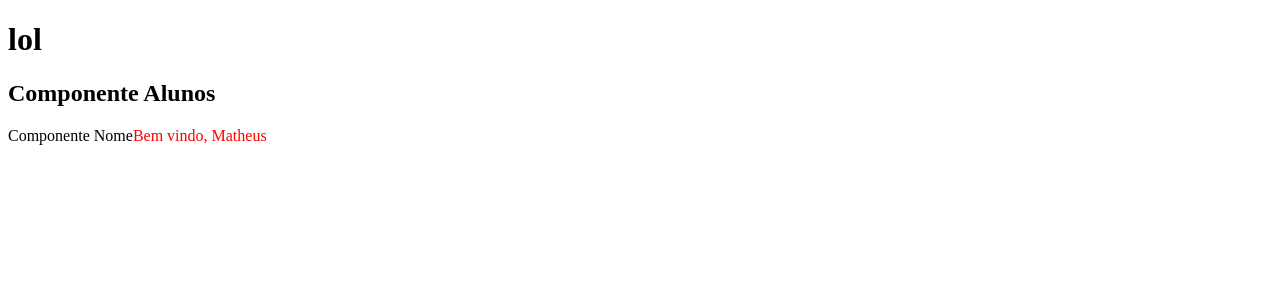
Repository: joaoaspimienta/estudos-de-context-api
Page: /
The author's editor kept a copy of each file at every save. The page is drawn from the files as they stood at one save, then again after the next save.
The browser window is 1280 px wide. The pictures show the whole page.
The project was rebuilt for these pictures with package versions that can differ from the ones it lists, and the page was loaded fresh each time.

Above is the page before, as saved 2022-06-16 20:34:21.

### src/App.js
import Alunos from "./components/Alunos";
import Nome from "./components/Nome";

function App() {
  return (
    <div>
      <h1>lol</h1>
      <Alunos />
      <Nome />
    </div>
  );
}

export default App;

### src/components/Alunos/index.js
function Alunos() {
  return (
    <div>
      <h2>Componente Alunos</h2>
    </div>
  );
}

export default Alunos;

### src/components/Nome/index.js
function Nome() {
  return (
    <div>
      <span>Componente Nome</span>
      <span style={{ color: "#FF0000" }}>Bem vindo, Matheus</span>
    </div>
  );
}

export default Nome;

Loaded but not shown: public/index.html (common file); src/index.js (common file)

After the next save:
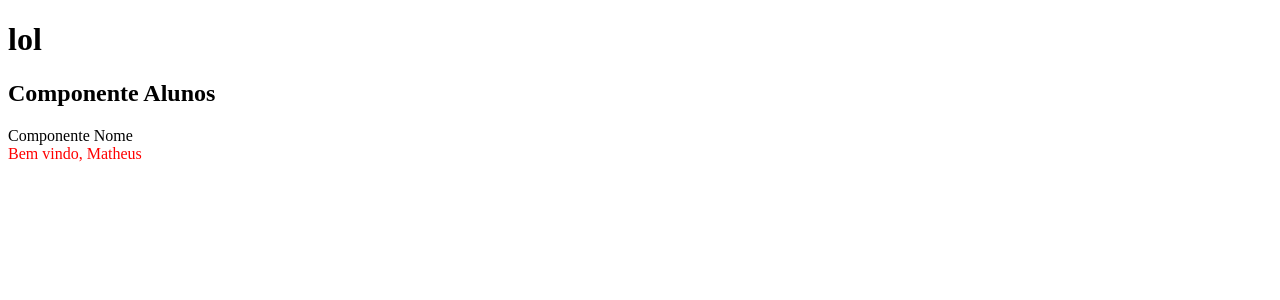
Saved 14 s later.
--- a/src/components/Nome/index.js
+++ b/src/components/Nome/index.js
@@ -1,7 +1,7 @@
 function Nome() {
   return (
     <div>
-      <span>Componente Nome</span>
+      <span>Componente Nome</span> <br />
       <span style={{ color: "#FF0000" }}>Bem vindo, Matheus</span>
     </div>
   );
